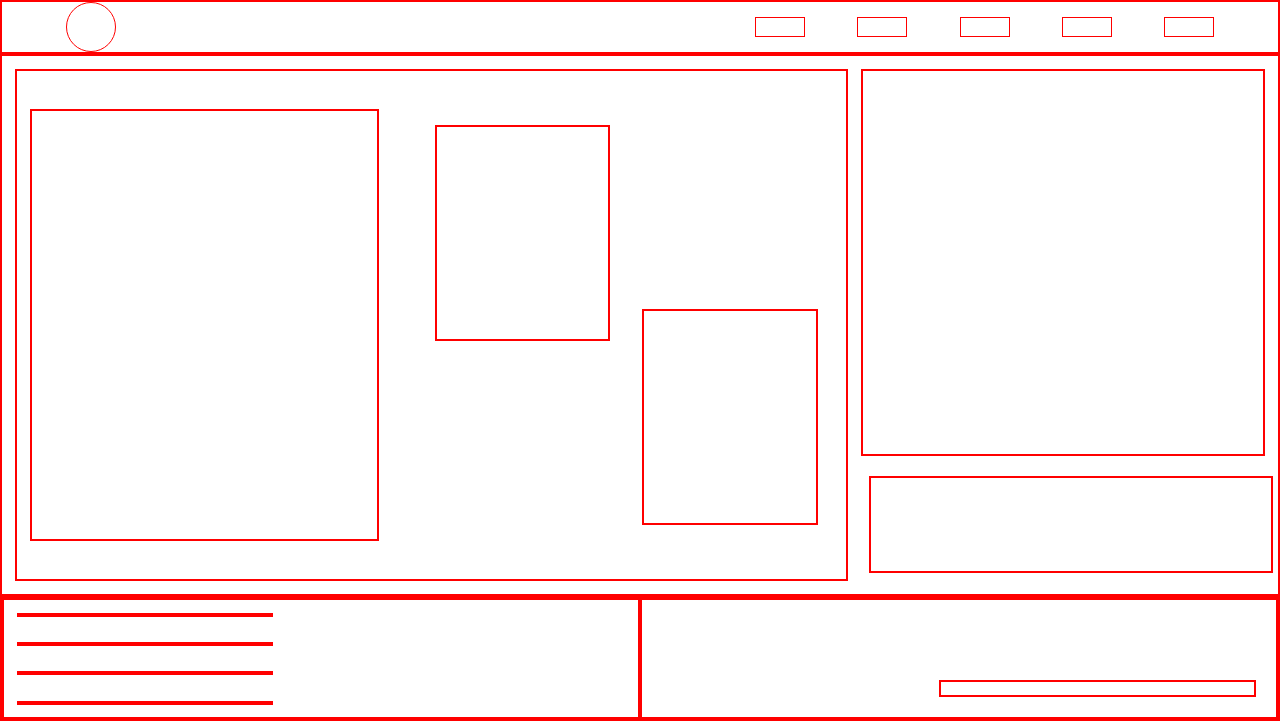
Repository: archangel88/elbrus_homework
Page: phase-0/week-3/day-4/flexbox/index.html
These files come from the project's save history. The page is drawn as it stood at one moment and after the next save; the edit follows.
The browser window is 1280 px wide. The pictures show the whole page.

Above is the page before, as saved 2025-10-10 01:05:12.

### phase-0/week-3/day-4/flexbox/index.html
<!DOCTYPE html>
<html lang="en">
<head>
    <meta charset="UTF-8">
    <link rel="stylesheet" href="./css/styles.css">
    <title>Flexbox</title>
</head>
<body>
    <div class="flex-container">
        <header>
            <div class="header">
                <div class="logo"></div>
                <nav class="menu">
                    <div class="item1"></div>
                    <div class="item2"></div>
                    <div class="item3"></div>
                    <div class="item4"></div>
                    <div class="item5"></div>
                </nav>
            </div>
        </header>
        <main class="content">
            <div class="left block">
                <div class="block1 block"></div>
                <div class="block2 block"></div>
                <div class="block3 block"></div>
            </div>
            <div class="right">
                <div class="block1 block"></div>
                <div class="block2 block"></div>
            </div>
        </main>
        <footer class="footer">
            <div class="left block">
                <div class="block1 block"></div>
                <div class="block2 block"></div>
                <div class="block3 block"></div>
                <div class="block4 block"></div>
            </div>
            <div class="right block">
                <div class="block1 block"></div>
            </div>
        </footer>
    </div>
</body>
</html>

### phase-0/week-3/day-4/flexbox/css/styles.css
* {
    margin: 0;
    padding: 0;
    box-sizing: border-box;
}

.flex-container {
    width: 100vw;
    height: 100vh;

    display: flex;
    flex-direction: column;
    justify-content: space-between;
}

header {
    width: 100%;
    height: 100px;
    border: 2px solid rgb(255, 0, 0);

    display: flex;
    justify-content: center;
    align-items: center;
}

.header {
    display: flex;
    align-items: center;
    justify-content: space-between;

    width: 90%;
    height: 80%;
}

.logo {
    width: 50px;
    height: 50px;
    border-radius: 50%;
    border: 1px solid red;
}

.menu {
    display: flex;
    justify-content: space-between;
    width: 40%;
}

.menu > div {
    width: 50px;
    height: 20px;
    border: 1px solid rgb(255, 0, 0);
}

.content{
    display: flex;
    border: 2px solid rgb(255, 0, 0);
    height: 100%;
}

.content .block{
    border: 2px solid red;
}

.content .left{
    width: 66.6%;
    display: flex;
    padding: 3% 1%;
    margin: 1%;
}

.content .right{
    width: 33.3%;
    display: flex;
    flex-direction: column;
    padding: 1% 1% 1% 0;
}

.content .left .block1{
    height: 60vh;
    display: flex;
    width: 66.6%;
    margin-right: 5%;
}

.content .left .block2, .content .left .block3{
    height: 30vh;
    width: 33.3%;
}

.content .left .block3{
    align-self: flex-end;
}

.content .right .block1{
    height: 80%;
    width: 100%;
}

.content .right .block2{
    height: 20%;
    width: 100%;
    margin-top: 5%;
}

.block{
    border: 2px solid rgb(255, 0, 0);
}

.footer{
    display: flex;
    border: 2px solid red;
    height: 43%;

}

.footer .block{
    border: 2px solid red;
}

.footer .left{
    width: 50%;
    height: 100%;
    display: flex;
    flex-direction: column;
    justify-content: space-around;
}

.footer .right{
    width: 50%;
    height: 100%;
    display: flex;
    align-items: flex-end;
    justify-content: flex-end;
}

.footer .left .block1,.block2,.block3,.block4{
    height: 10%;
    width: 20vw;
    margin: 2%;
}

.footer .right .block{
    height: 15%;
    width: 50%;
    margin: 20px;
}

After the next save:
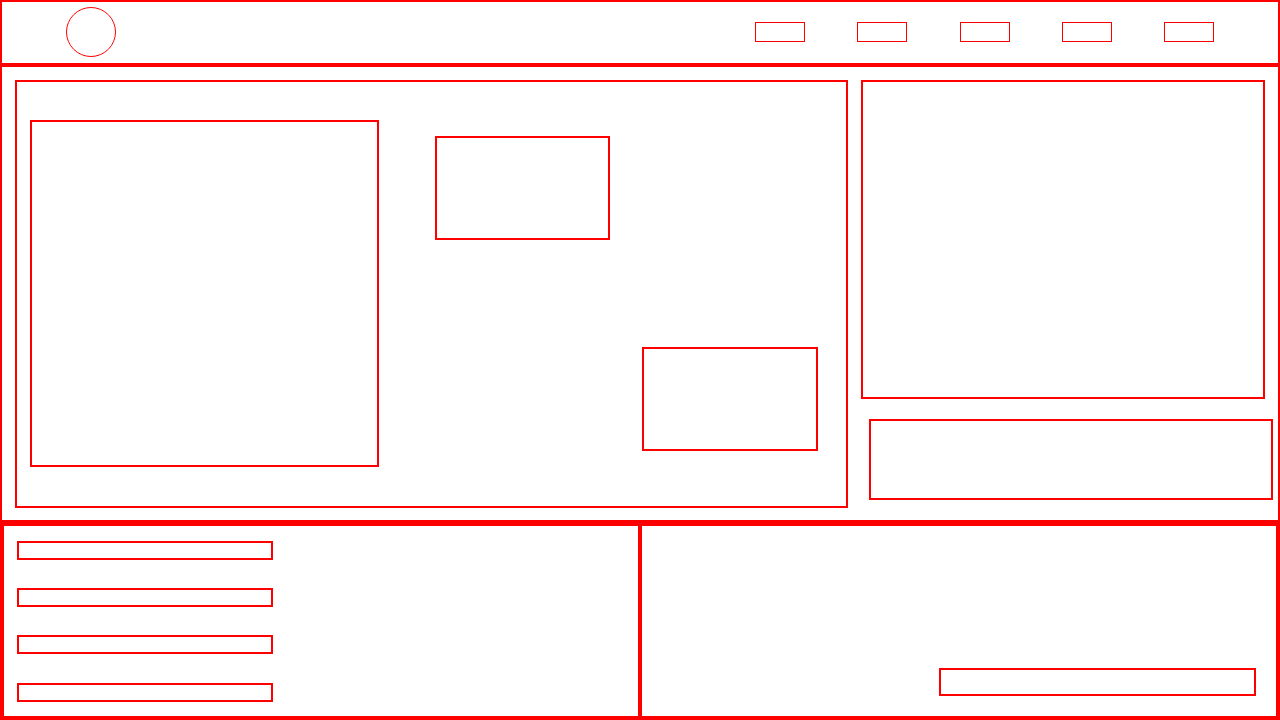
Saved 49 s later.
--- a/phase-0/week-3/day-4/flexbox/css/styles.css
+++ b/phase-0/week-3/day-4/flexbox/css/styles.css
@@ -76,14 +76,14 @@
 }
 
 .content .left .block1{
-    height: 60vh;
+    height: 100%;
     display: flex;
     width: 66.6%;
     margin-right: 5%;
 }
 
 .content .left .block2, .content .left .block3{
-    height: 30vh;
+    height: 30%;
     width: 33.3%;
 }
 

After the save that followed:
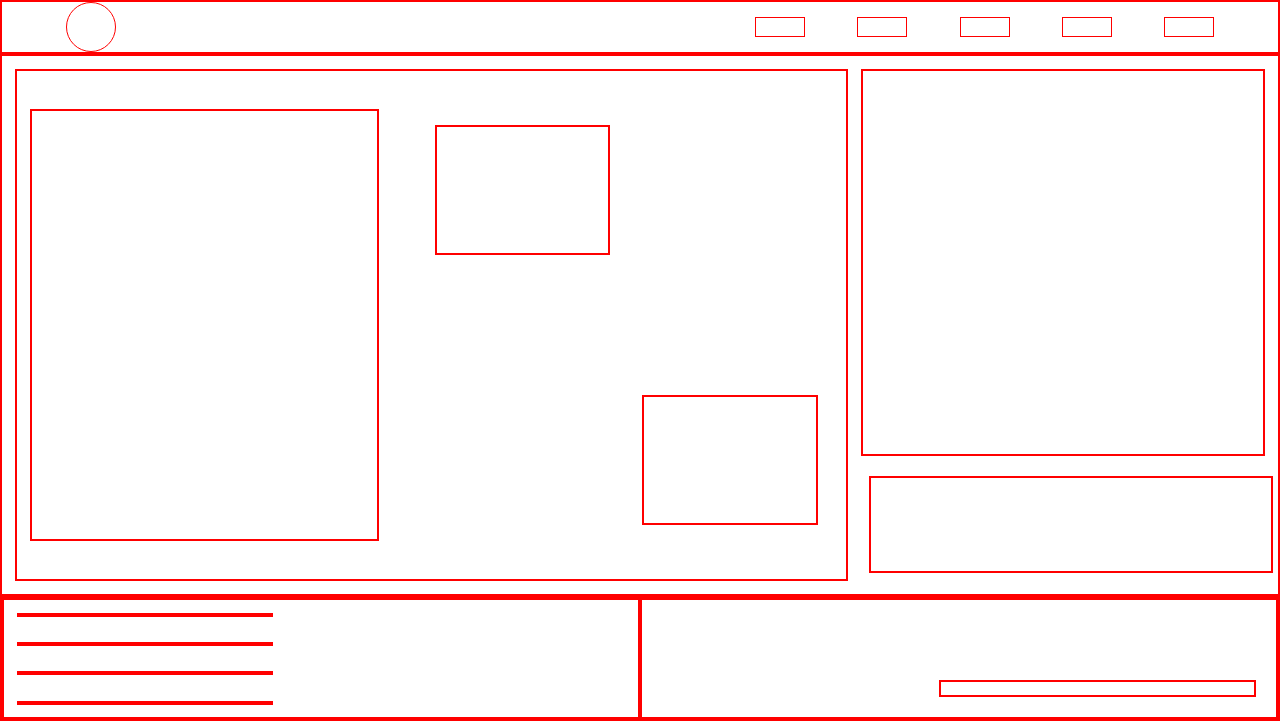
Saved 71 s later.
--- a/phase-0/week-3/day-4/flexbox/css/styles.css
+++ b/phase-0/week-3/day-4/flexbox/css/styles.css
@@ -76,7 +76,7 @@
 }
 
 .content .left .block1{
-    height: 100%;
+    height: 60vh;
     display: flex;
     width: 66.6%;
     margin-right: 5%;
